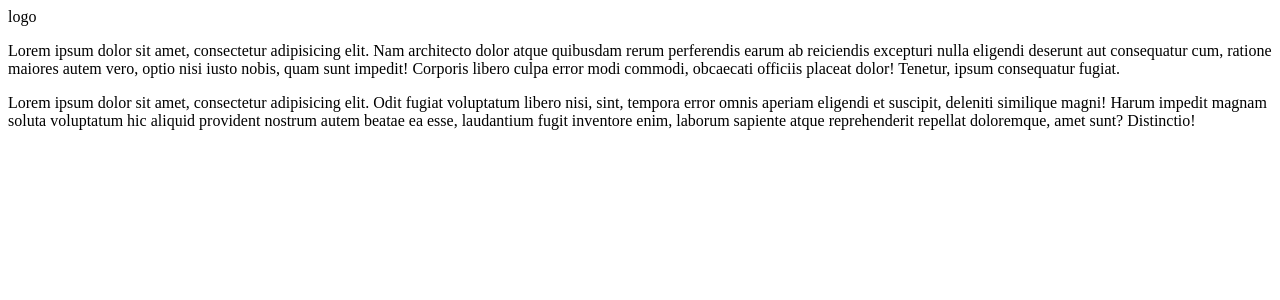
Repository: MariaPSegarra/Testing-Responsive
Page: index.html
The author's editor kept a record of every edit. The page is drawn from the files as they stood at one moment, then again after the next edit.
The browser window is 1280 px wide. The pictures show the whole page.

Above is the page before.

### index.html
<!DOCTYPE html>
<html lang="en">
<head>
    <meta charset="UTF-8">
    <meta name="viewport" content="width=device-width, initial-scale=1.0">
    <meta http-equiv="X-UA-Compatible" content="ie=edge">
   <link rel="stylesheet" href="main.css" type="text/css" />
    <title>Document</title>
</head>
<body>
   <main class="main">
       <header class="header">
       <div class="logo">logo</div>
       </header>
       <section class="section">

           <article class="article column column-60">
               <p class="section-paragraph">
                  Lorem ipsum dolor sit amet, consectetur adipisicing elit. Nam architecto dolor atque quibusdam rerum perferendis earum ab reiciendis excepturi nulla eligendi deserunt aut consequatur cum, ratione maiores autem vero, optio nisi iusto nobis, quam sunt impedit! Corporis libero culpa error modi commodi, obcaecati officiis placeat dolor! Tenetur, ipsum consequatur fugiat.
               </p>
           </article>
           <aside class="aside column column-40">
               <p class="section-paragraph">
                   Lorem ipsum dolor sit amet, consectetur adipisicing elit. Odit fugiat voluptatum libero nisi, sint, tempora error omnis aperiam eligendi et suscipit, deleniti similique magni! Harum impedit magnam soluta voluptatum hic aliquid provident nostrum autem beatae ea esse, laudantium fugit inventore enim, laborum sapiente atque reprehenderit repellat doloremque, amet sunt? Distinctio!
               </p>
           </aside>
       </section>
       </main>

</body>
</html>

### main.css
.navDefault {
    position: fixed;
    top: 0;
    left: 0;
    right: 0;
    background-color: #4a4a4f;
}

button {
    border: none;
    background-color: #0997d3;
    width: 150px;
    height: 50px;
    color: #fff;
    text-transform: uppercase;
    cursor: pointer;
}

.dropdownMenu{
    list-style: none;
    margin:0;
    padding: 0;
    position: absolute;
    left: 0;
    right: 0;
    top: 50px;
    width: 150px;
    text-align: center;
    box-shadow: 0px 6px 10px 0px rgba(0, 0, 0, 0.2);
}

.dropdownLink {
    text-decoration: none;
    display: block;
    background-color: f9f9f9;
    color: #4a4a4f;
    padding: 10px 5px;
    transition: background-color .5s, ease-in-out, color .5s;
}

.dropdownLink:hover {
    color: #fff;
    background-color: #a0a0a3;
}

.dropdown {
    width: 150px;
    position: relative;
}

.dropdown:hover button {
    background-color: #018ec5;
}

After the next edit:
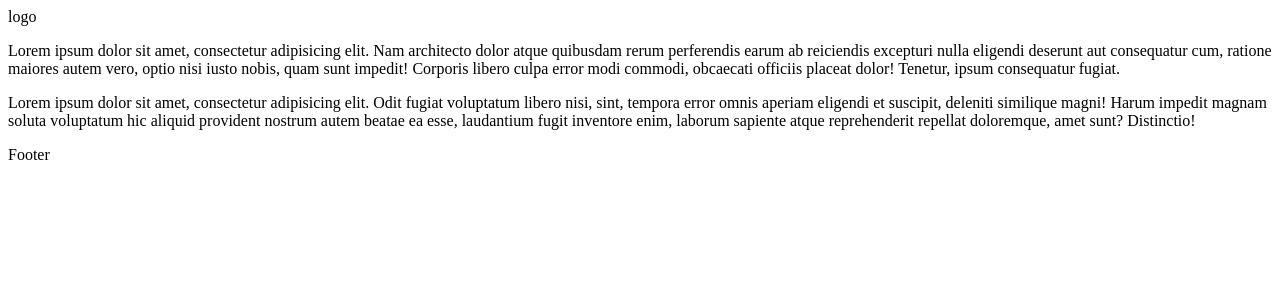
The edit:
--- a/index.html
+++ b/index.html
@@ -25,6 +25,8 @@
                </p>
            </aside>
        </section>
+
+       <footer class="footer">Footer</footer>
        </main>
 
 </body>
